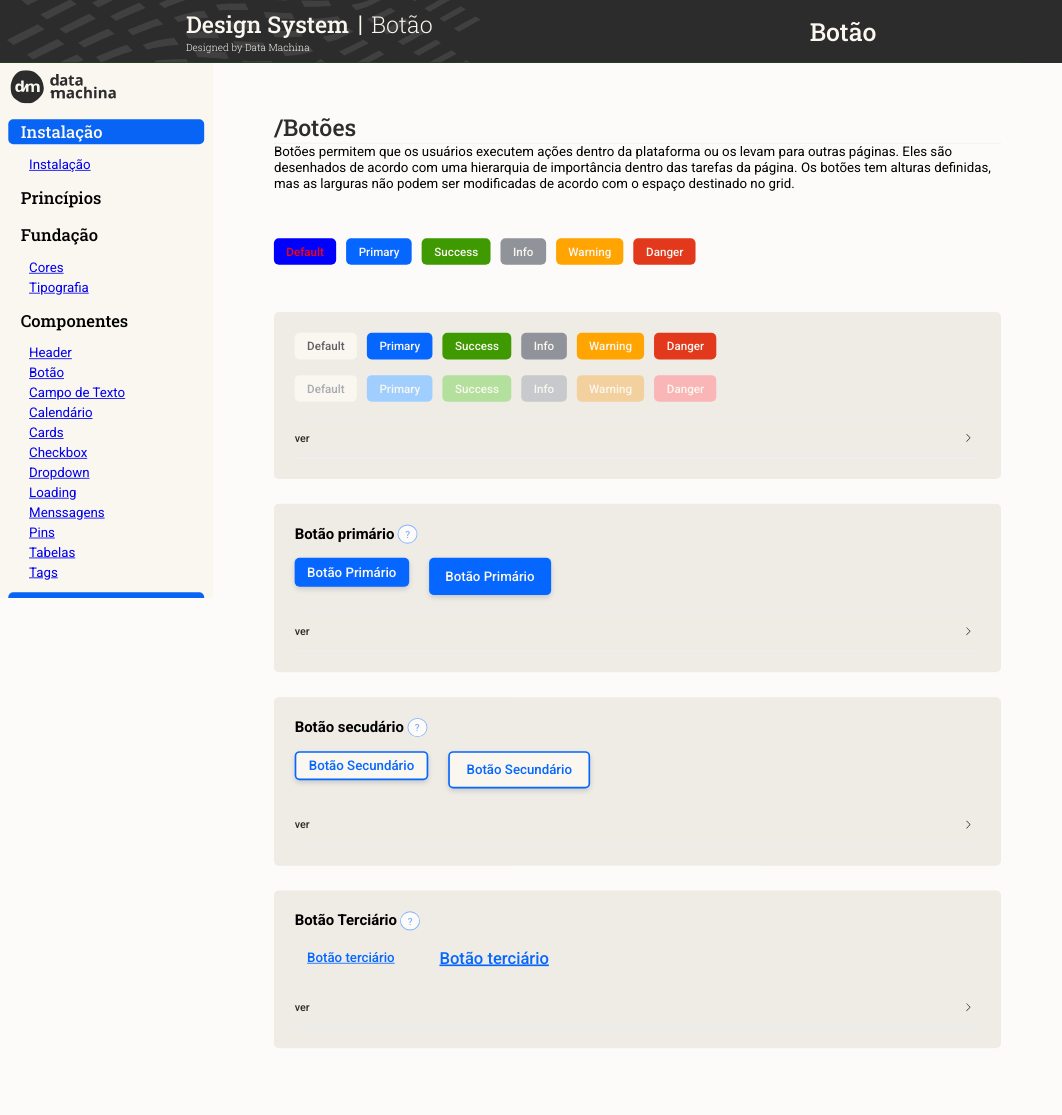
Repository: gustavoemmanoel/DM-Design-System
Page: /#/BotaoDs
These files come from the project's save history. The page is drawn as it stood at one moment and after the next save; the edit follows.
The browser window is 1280 px wide. The pictures show the whole page, at 83% of full size.
The project was rebuilt for these pictures with package versions that can differ from the ones it lists, and the page was loaded fresh each time. Also part of the build but not shown: vue.config.js, src/views/Installation/InstallationEl.vue, src/views/Fundacao/ColorsDs.vue, src/views/Fundacao/IconografiaDs.vue, src/views/Fundacao/TipografiaDs.vue, src/views/Componentes/HeaderPage.vue, src/views/Componentes/CalendarioDs.vue, src/views/Componentes/CampoTextoDs.vue and 9 more.

Above is the page before, as saved 2022-10-20 20:28:45.

After the next save:
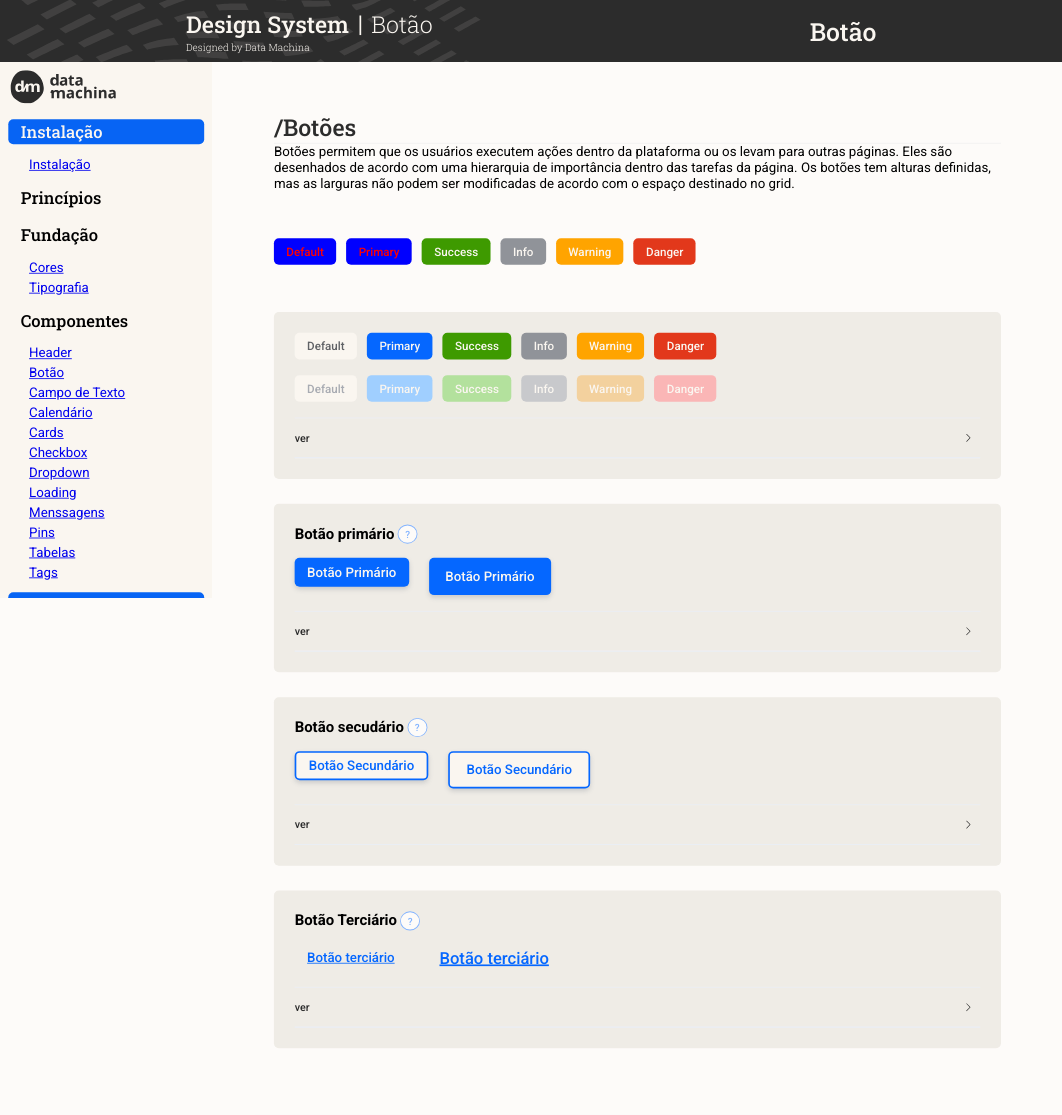
Saved 4 s later.
--- a/src/views/Componentes/BotaoDs.vue
+++ b/src/views/Componentes/BotaoDs.vue
@@ -23,7 +23,7 @@
         <br />
         <br />
         <el-button gregregre >Default</el-button>
-        <el-button type="primary">Primary</el-button>
+        <el-button gregregre type="primary">Primary</el-button>
         <el-button type="success">Success</el-button>
         <el-button type="info">Info</el-button>
         <el-button type="warning">Warning</el-button>
